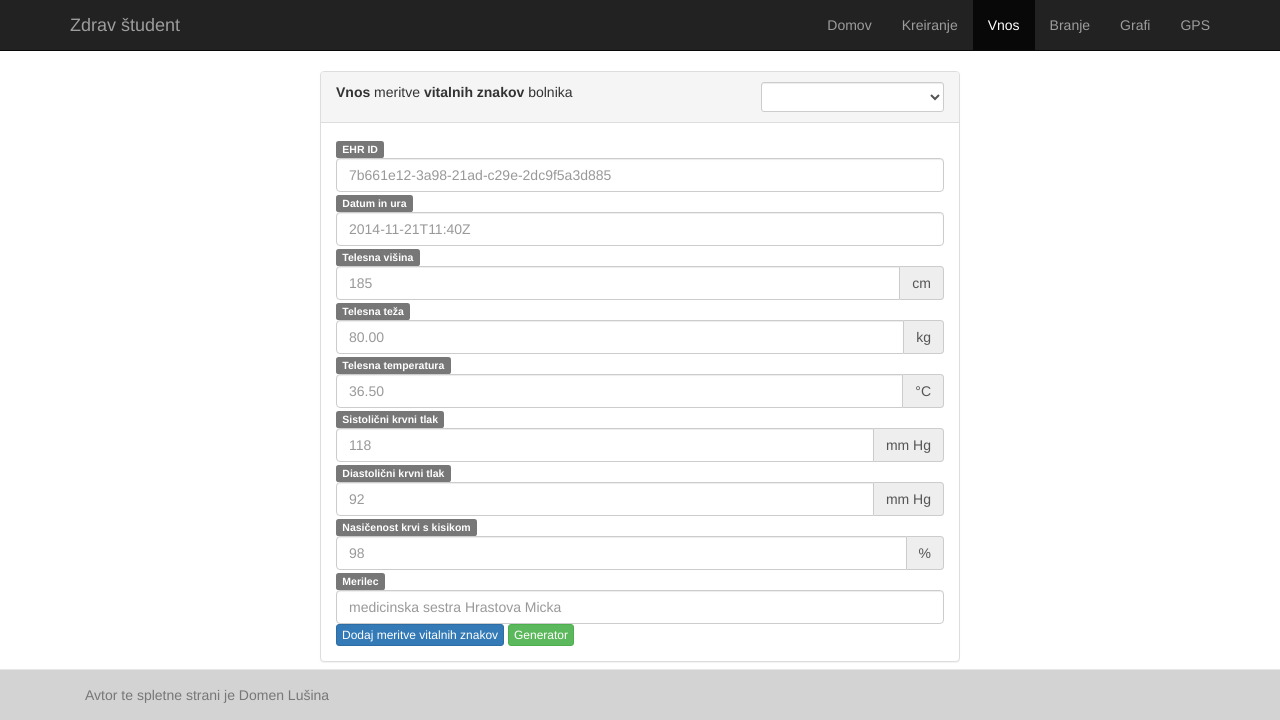
Repository: dl4184/ois-dn4
Page: vnos.html
The author's editor kept a record of every edit. The page is drawn from the files as they stood at one moment, then again after the next edit.
The browser window is 1280 px wide. The pictures show the whole page.
Some web libraries are served in a nearby version.

Above is the page before.
Console error: SyntaxError: Unexpected token '['
Not found: css/styles.css

After the next edit:
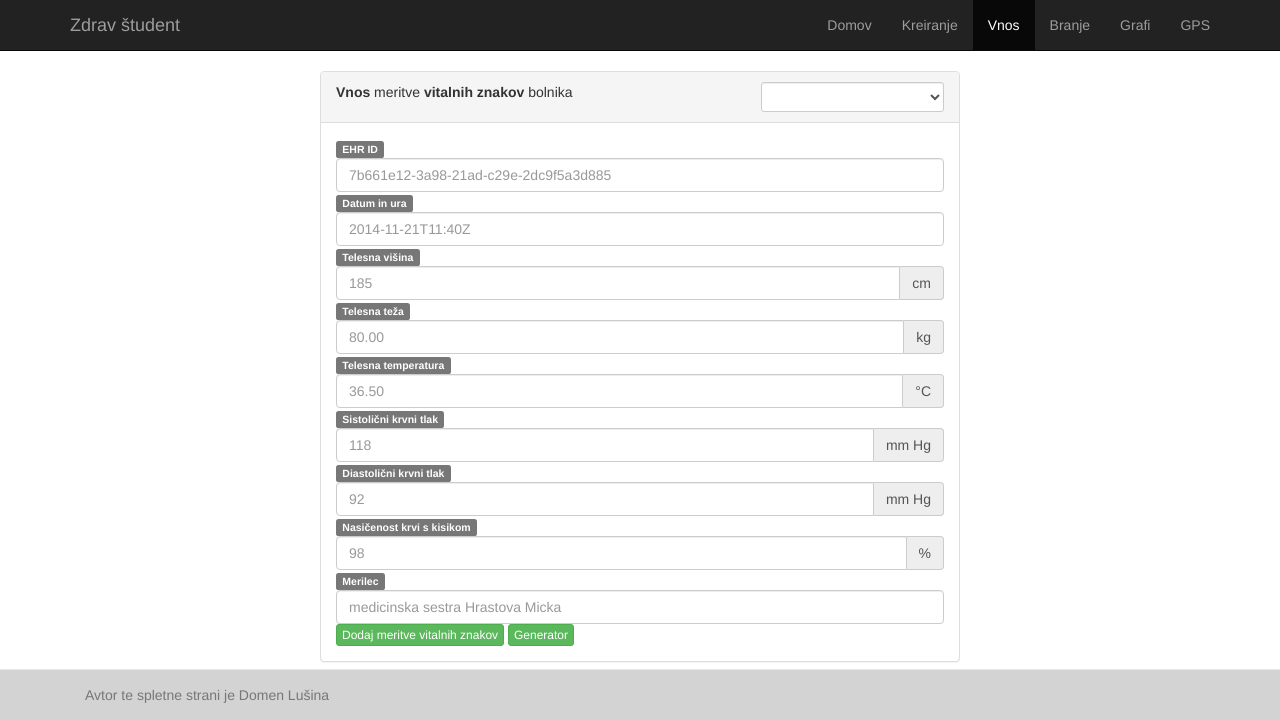
The edit:
--- a/vnos.html
+++ b/vnos.html
@@ -57,7 +57,7 @@
 						<span class="label label-default">Diastolični krvni tlak</span><div class="input-group"><input id="dodajVitalnoKrvniTlakDiastolicni" type="text" class="form-control input-mini" placeholder="92"><span class="input-group-addon">mm Hg</span></div>
 						<span class="label label-default">Nasičenost krvi s kisikom</span><div class="input-group"><input id="dodajVitalnoNasicenostKrviSKisikom" type="text" class="form-control input-mini" placeholder="98"><span class="input-group-addon">%</span></div>
 						<span class="label label-default">Merilec</span><input id="dodajVitalnoMerilec" type="text" class="form-control input-mini" placeholder="medicinska sestra Hrastova Micka">
-						<button type="button" class="btn btn-primary btn-xs" onclick="dodajMeritveVitalnihZnakov(1)">Dodaj meritve vitalnih znakov</button>
+						<button type="button" class="btn btn-success btn-xs" onclick="dodajMeritveVitalnihZnakov(1)">Dodaj meritve vitalnih znakov</button>
 						<button type="button" class="btn btn-success btn-xs" onclick="dodajMeritveRandom()">Generator</button>
 						<span id="dodajMeritveVitalnihZnakovSporocilo"></span>
 				  	</div>
